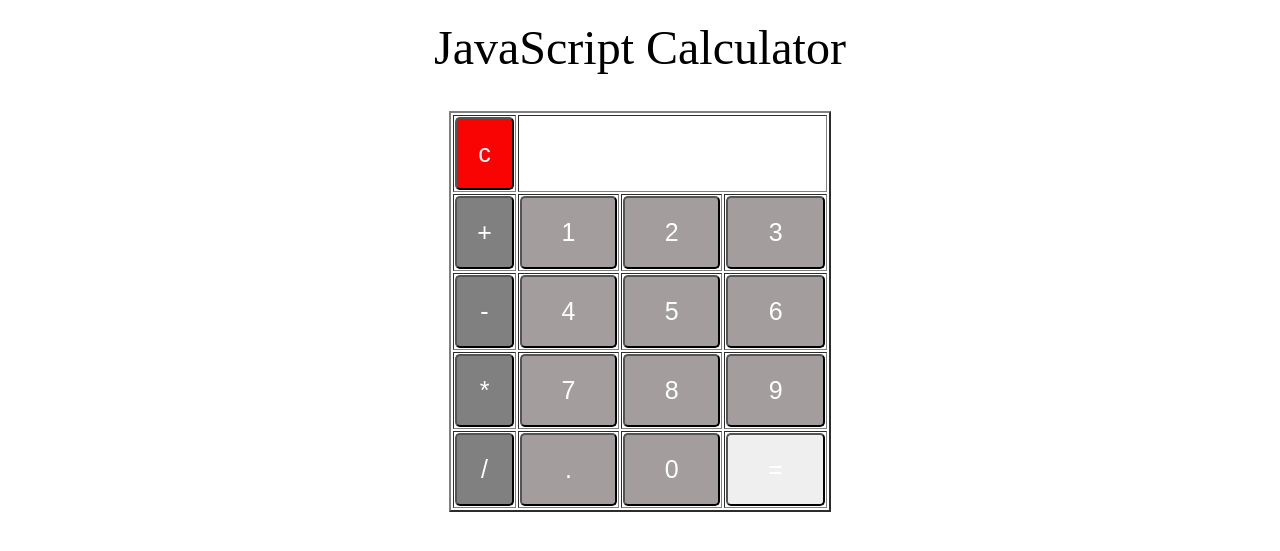
Repository: spidero7/Simple-Calculator
Page: index.html
The author's editor kept a copy of each file at every save. The page is drawn from the files as they stood at one save, then again after the next save.
The browser window is 1280 px wide. The pictures show the whole page.

Above is the page before, as saved 2021-09-15 08:39:24.

After the next save:
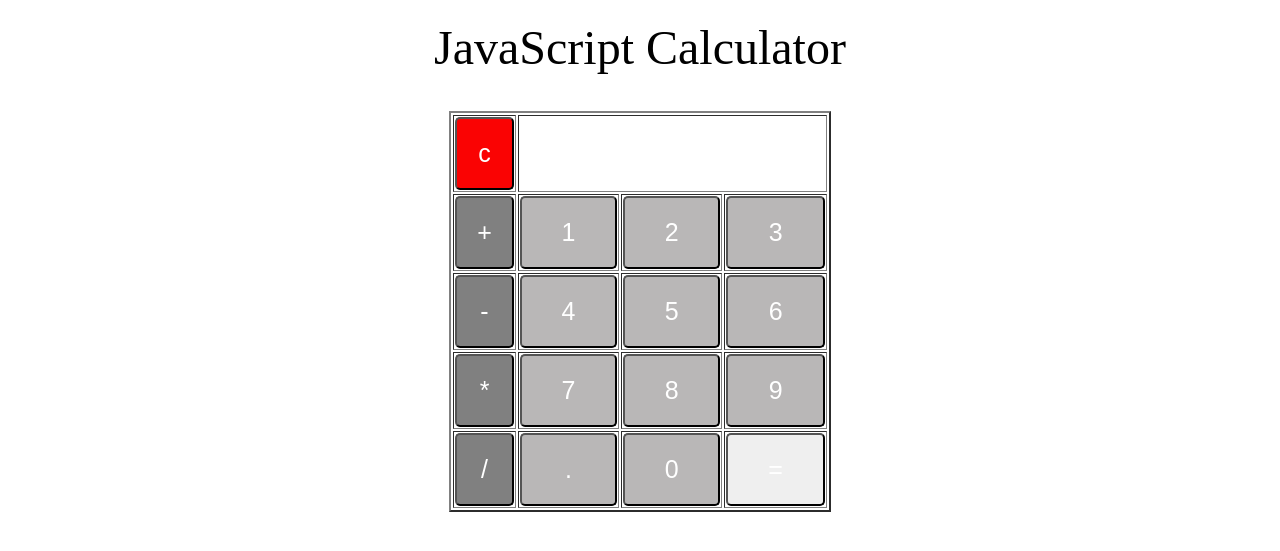
Saved 5 s later.
--- a/style.css
+++ b/style.css
@@ -53,5 +53,5 @@ input[value="c"] {
 }
 
 .numbers {
-    background-color: rgb(163, 157, 157);
+    background-color: rgb(185, 183, 183);
 }
